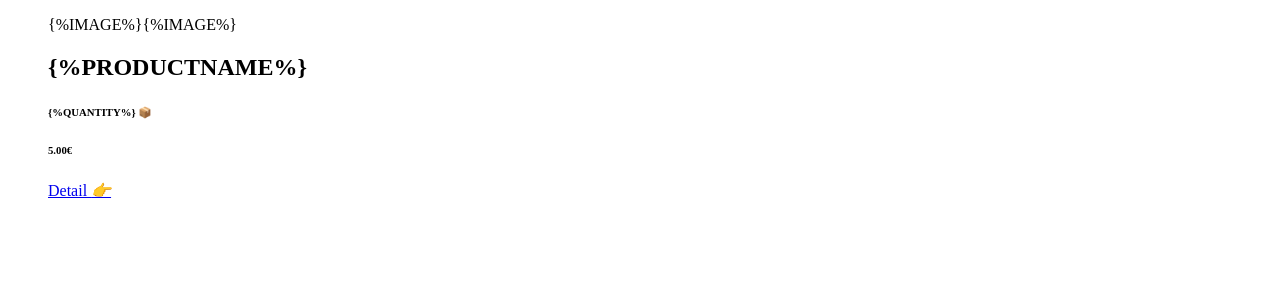
Repository: Kaii-Dev/NODEJS-by-JONAS
Page: 1-node-farm/starter/templates/card.html
These files come from the project's save history. The page is drawn as it stood at one moment and after the next save; the edit follows.
The browser window is 1280 px wide. The pictures show the whole page.

Above is the page before, as saved 2022-08-03 13:55:23.

After the next save:
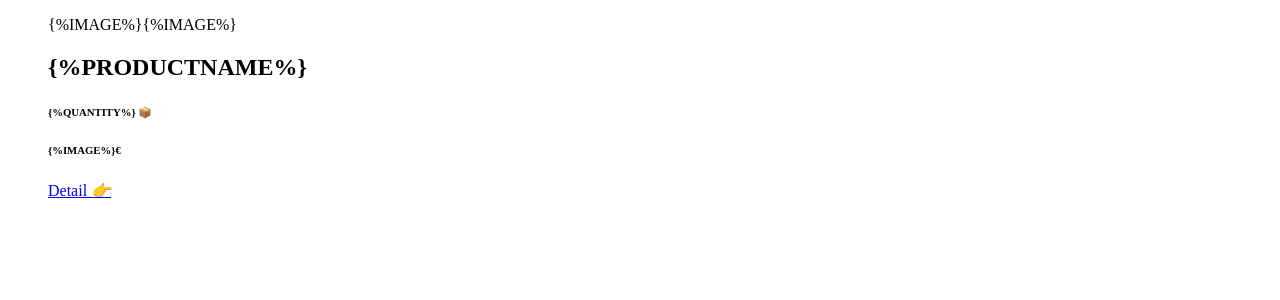
Saved 7 s later.
--- a/1-node-farm/starter/templates/card.html
+++ b/1-node-farm/starter/templates/card.html
@@ -10,7 +10,7 @@
      </div>
 
      <div class="card__detail-box">
-       <h6 class="card__detail card__detail--price">5.00€</h6>
+       <h6 class="card__detail card__detail--price">{%IMAGE%}€</h6>
      </div>
    </div>
 
